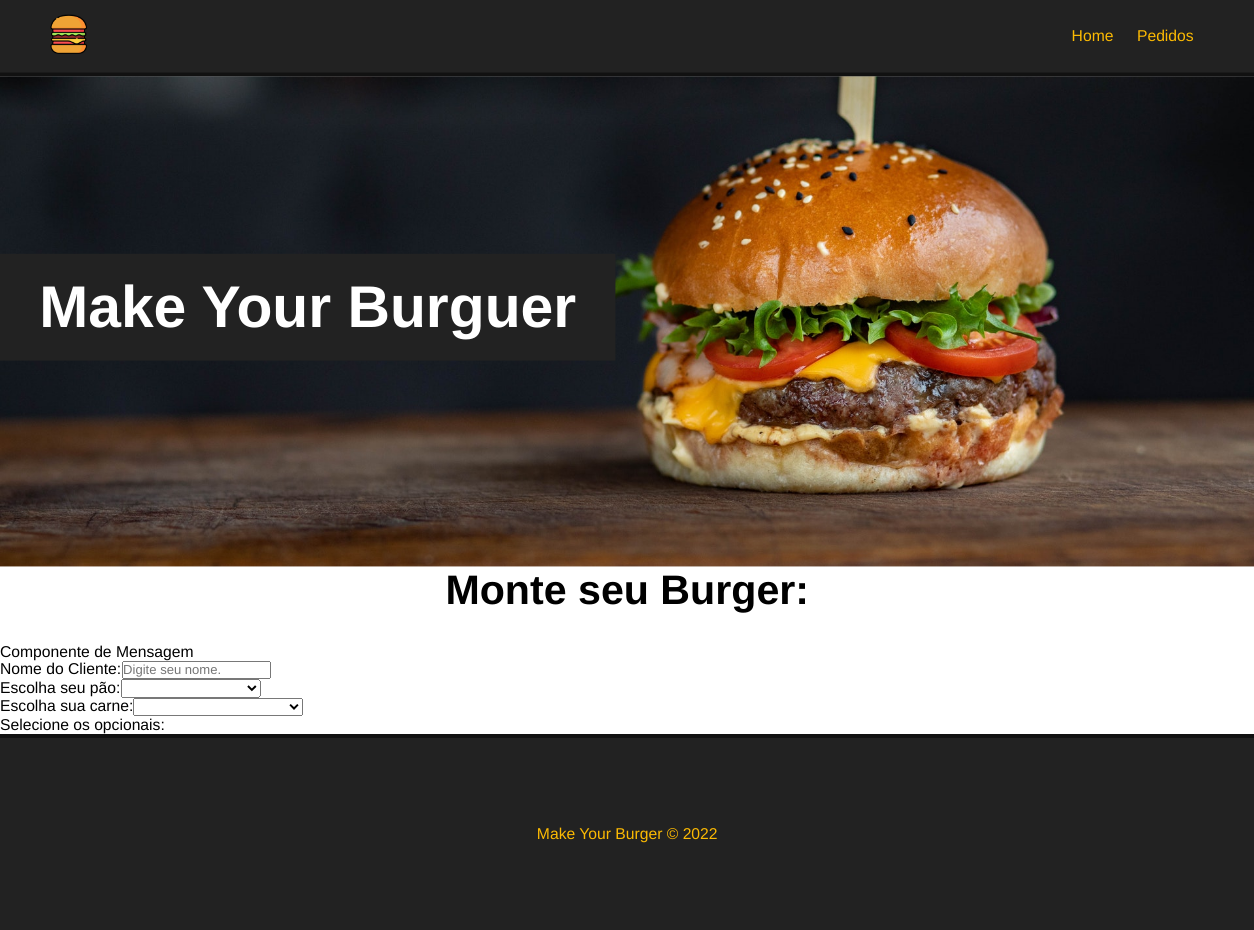
Repository: brunofa23/makeyourburguer
Page: /
These files come from the project's save history. The page is drawn as it stood at one moment and after the next save; the edit follows.
The browser window is 1280 px wide. The pictures show the whole page, at 98% of full size.
The project was rebuilt for these pictures with package versions that can differ from the ones it lists, and the page was loaded fresh each time. Also part of the build but not shown: vue.config.js.

Above is the page before, as saved 2022-08-09 19:58:03.

### src/App.vue
<template>
  <Navbar :logo="logo_src" :alt="app_name"/>
  <router-view/>
  <Footer />
</template>

<script>
import Navbar from './components/Navbar.vue';
import Footer from './components/Footer.vue';

export default{
  components:{ Navbar, Footer },
  data(){
    return{
      logo_src:"/img/logo.png",
      app_name:"Make Your Burguer"
    }

  }
}

</script>

<style>
*{
  font-family: Helvetica, sans-serif;
  padding: 0;
  margin: 0;
  box-sizing: border-box;
}


.main-container{
  margin:50px;
  min-height: 250px;
}

h1{
  text-align: center;
  font-size: 42px;
  margin-bottom: 30px;
}
</style>

### src/router/index.js
import { createRouter, createWebHistory } from 'vue-router'
import HomeView from '../views/HomeView.vue'

const routes = [
  {
    path: '/',
    name: 'home',
    component: HomeView
  },
  {
    path: '/pedidos',
    name: 'Pedidos',
    // route level code-splitting
    // this generates a separate chunk (about.[hash].js) for this route
    // which is lazy-loaded when the route is visited.
    component: () => import(/* webpackChunkName: "about" */ '../views/PedidosView.vue')
  }
]

const router = createRouter({
  history: createWebHistory(process.env.BASE_URL),
  routes
})

export default router

### src/components/Navbar.vue
<template>
  <div id="nav">
    <router-link to="/" id="logo-url">
        <img :src="logo" :alt="alt" id="logo" >
    </router-link>
    <router-link to="/">Home</router-link>
    <router-link to="/pedidos">Pedidos</router-link>
  </div>
</template>

<script>
export default {
    name:"Navbar",
    props:["logo", "alt"]
}
</script>




<style scoped>
#nav{
  background-color:#222 ;
  border-bottom: 4px solid #111;
  padding: 15px 50px;
  display: flex;
  justify-content: flex-end;
  align-items: center;


}

#nav #logo-url{
  margin: auto;
  margin-left: 0;


}

#logo{
  width: 40px;
  height: 40px;
}

#nav a{
  color: #FCBA03;
  text-decoration: none;
  margin: 12px;
  transition: .5s;

}
#nav a:hover{
  color:#FFF;
}

</style>

### src/components/Footer.vue
<template>
    <footer id="footer">
        <p>Make Your Burger &copy; 2022</p>

    </footer>
</template>


<script>
export default{
    name: "Footer"
}

</script>

<style scoped>
#footer{
    height: 200px;
    background-color: #222;
    border-top: 4px solid #111;
    color: #fcba03;
    display: flex;
    align-items: center;
    justify-content: center;
    width: 100%;
}
</style>

### src/views/HomeView.vue
<template>
  <div class="main-container">
    <Banner />
   <h1>Monte seu Burger:</h1>
   <BurgerForm />
  </div>
</template>

<script>
import Banner from "@/components/Banner.vue";
import BurgerForm from "@/components/BurgerForm.vue";

export default{
  name: "Home",
  components:{
    Banner,
    BurgerForm
}
}

</script>

<style>
.main-container{
  margin: 0;
}
</style>

### src/components/Banner.vue
<template>
  <div id="main-banner">
    <h1>Make Your Burguer</h1>
  </div>
</template>

<script>
export default {
  name: 'Banner',
}
</script>

<style scoped>
#main-banner{
    background-image: url('/public/img/burger.jpg');
    background-position: 0 -250px;
    background-size: cover;
    height: 500px;
    display: flex;
    align-items: center;
    justify-content: flex-start;

}

#main-banner h1{
    color: #FFF;
    text-align: center;
    font-size: 60px;
    background-color: #222;
    padding: 20px 40px;

}


</style>
>

### src/components/BurgerForm.vue
<template>
  <div>
    <p>Componente de Mensagem</p>
    <div>
      <form id="burger-form">
        <div class="input-container">
          <label for="nome">Nome do Cliente:</label>
          <input
            type="text"
            id="nome"
            name="nome"
            v-model="nome"
            placeholder="Digite seu nome."
          />
        </div>
        <div class="input-container">
          <label for="pao">Escolha seu pão:</label>
          <select name="pao" id="pao" v-model="pao">
            <option value="">Selecione o seu pão</option>
            <option value="integral">Integral</option>
          </select>
        </div>
        <div class="input-container">
          <label for="carne">Escolha sua carne:</label>
          <select name="carne" id="carne" v-model="carne">
            <option value="">Selecione o tipo de carne</option>
            <option value="maminha">Maminha</option>
          </select>
        </div>
        <div class="input-container">
          <label for="opcionais">Selecione os opcionais:</label>

        </div>
      </form>
    </div>
  </div>
</template>

<script>
export default {
  name: 'BurgerForm',
}
</script>

<style scoped></style>

Loaded but not shown: public/index.html (common file); src/main.js (common file)

After the next save:
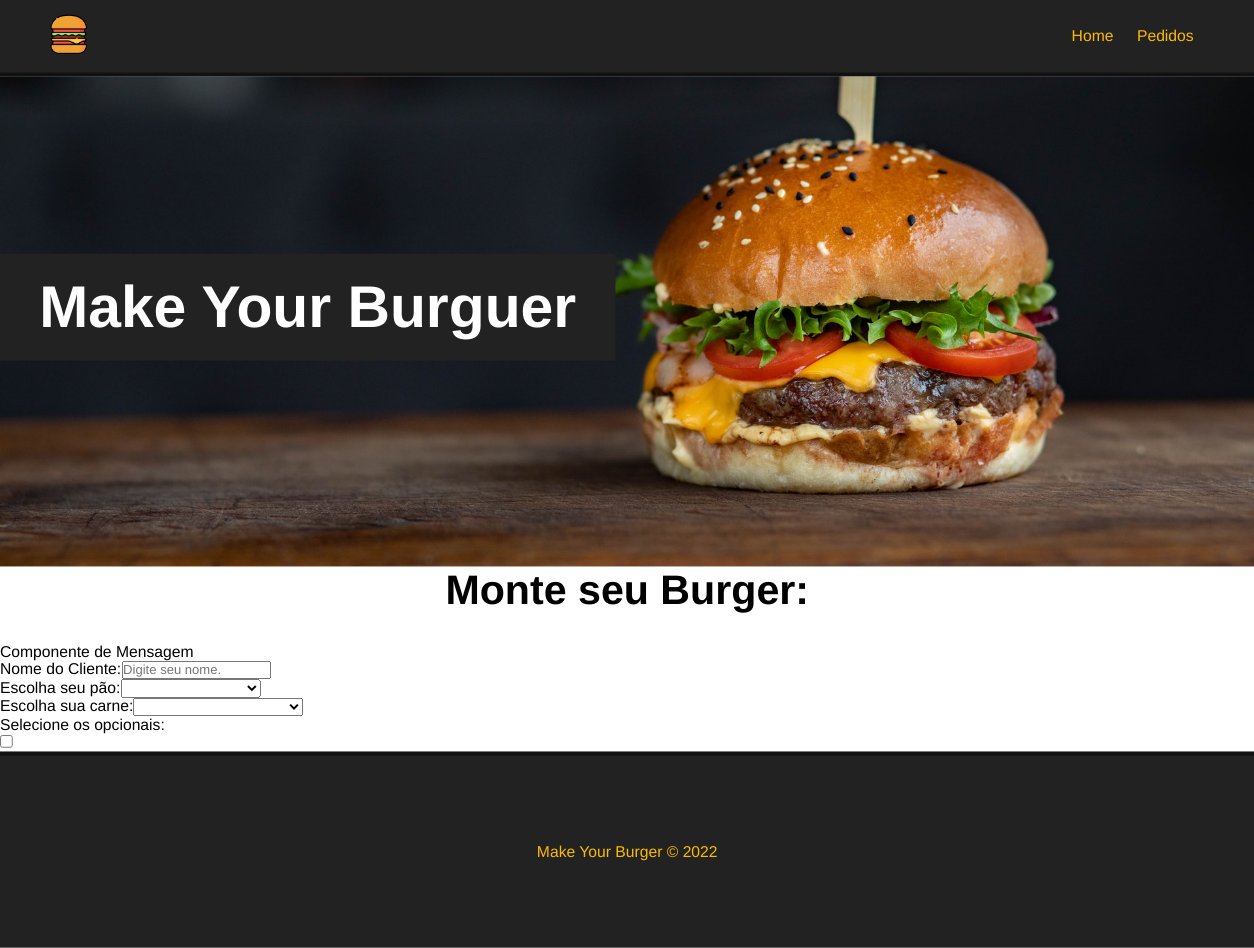
Saved 36 s later.
--- a/src/components/BurgerForm.vue
+++ b/src/components/BurgerForm.vue
@@ -29,7 +29,9 @@
         </div>
         <div class="input-container">
           <label for="opcionais">Selecione os opcionais:</label>
-
+          <div class="ckeckbox-container">
+            <input type="checkbox">
+          </div>
         </div>
       </form>
     </div>
